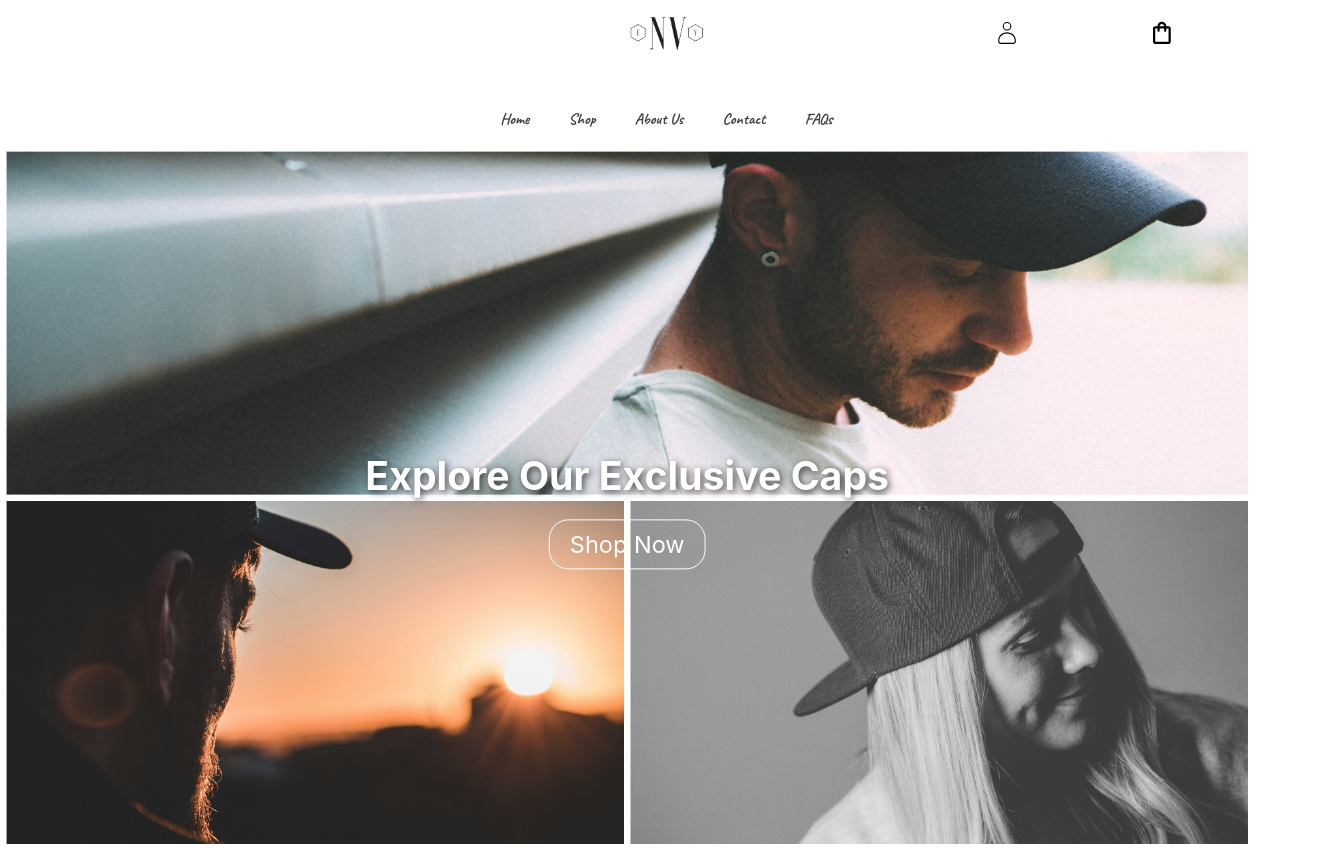
Repository: lasity34/new-envy
Page: / (app in my-new-envy/)
An editor plug-in stored every save of this project. The page is shown before and after the next save, followed by the edit.
The browser window is 1280 px wide. The page is 1360 px wide, then 1280 px, so the pictures cover 1360 px, including what lies to the right of the window. The pictures show the whole page, at 98% of full size.
The project was rebuilt for these pictures with package versions that can differ from the ones it lists, and the page was loaded fresh each time.

Above is the page before, as saved 2024-04-22 11:24:08.

After the next save:
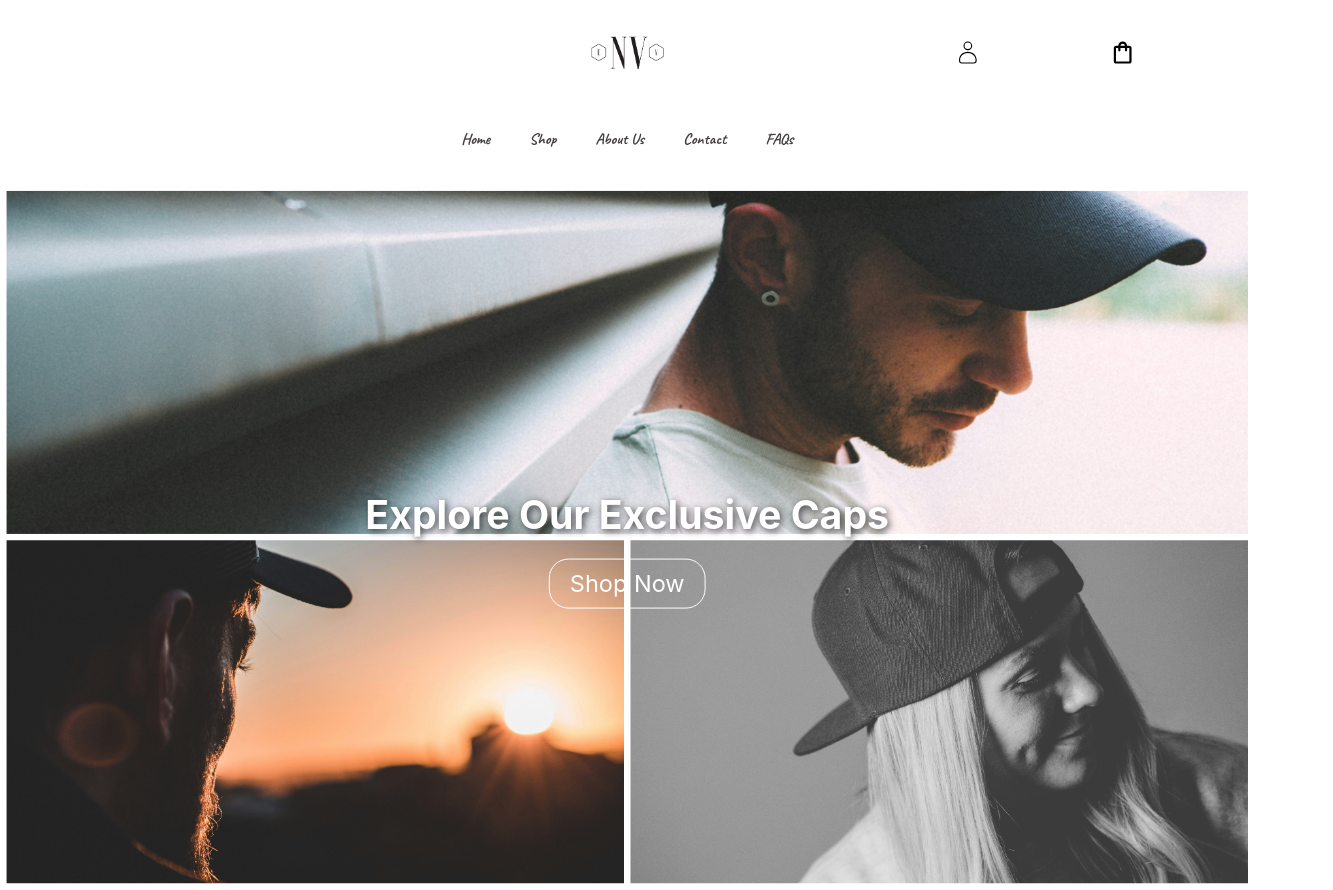
Saved 10 s later.
--- a/my-new-envy/src/components/Header.tsx
+++ b/my-new-envy/src/components/Header.tsx
@@ -6,7 +6,7 @@ import { MdOutlineShoppingBag } from "react-icons/md";
 const HeaderContainer = styled.header`
   font-family: "Caveat", cursive;
   color: black;
-  padding: 0 40px;
+  padding: 20px 0px;
   display: flex;
   justify-content: space-between;
   flex-direction: column;
